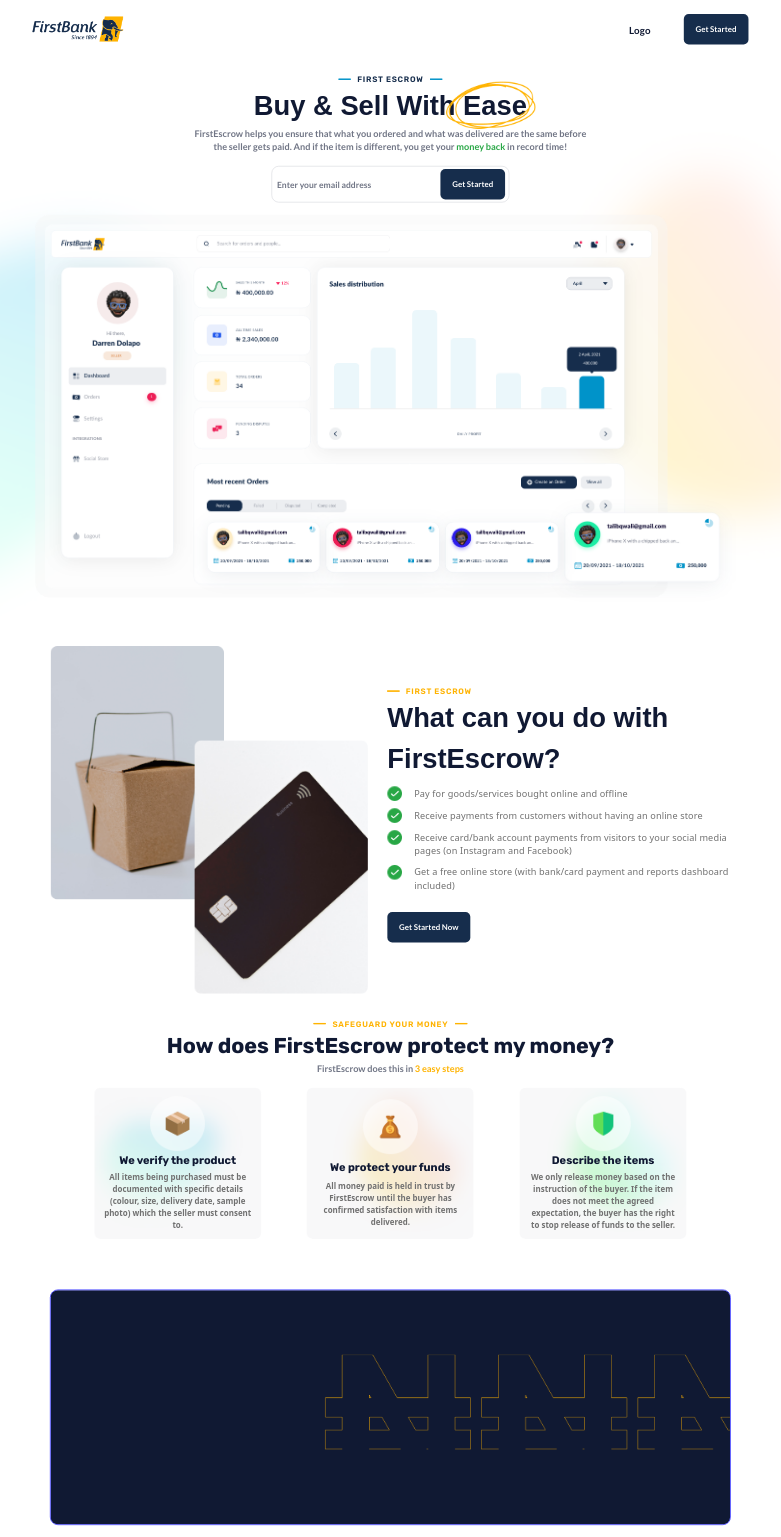
Repository: Pepperest-dev/First_Escrow_Home
Page: index.html
The author's editor kept a copy of each file at every save. The page is drawn from the files as they stood at one save, then again after the next save.
The browser window is 1280 px wide. The pictures show the whole page, at 61% of full size.

Above is the page before, as saved 2021-09-26 15:54:36.

After the next save:
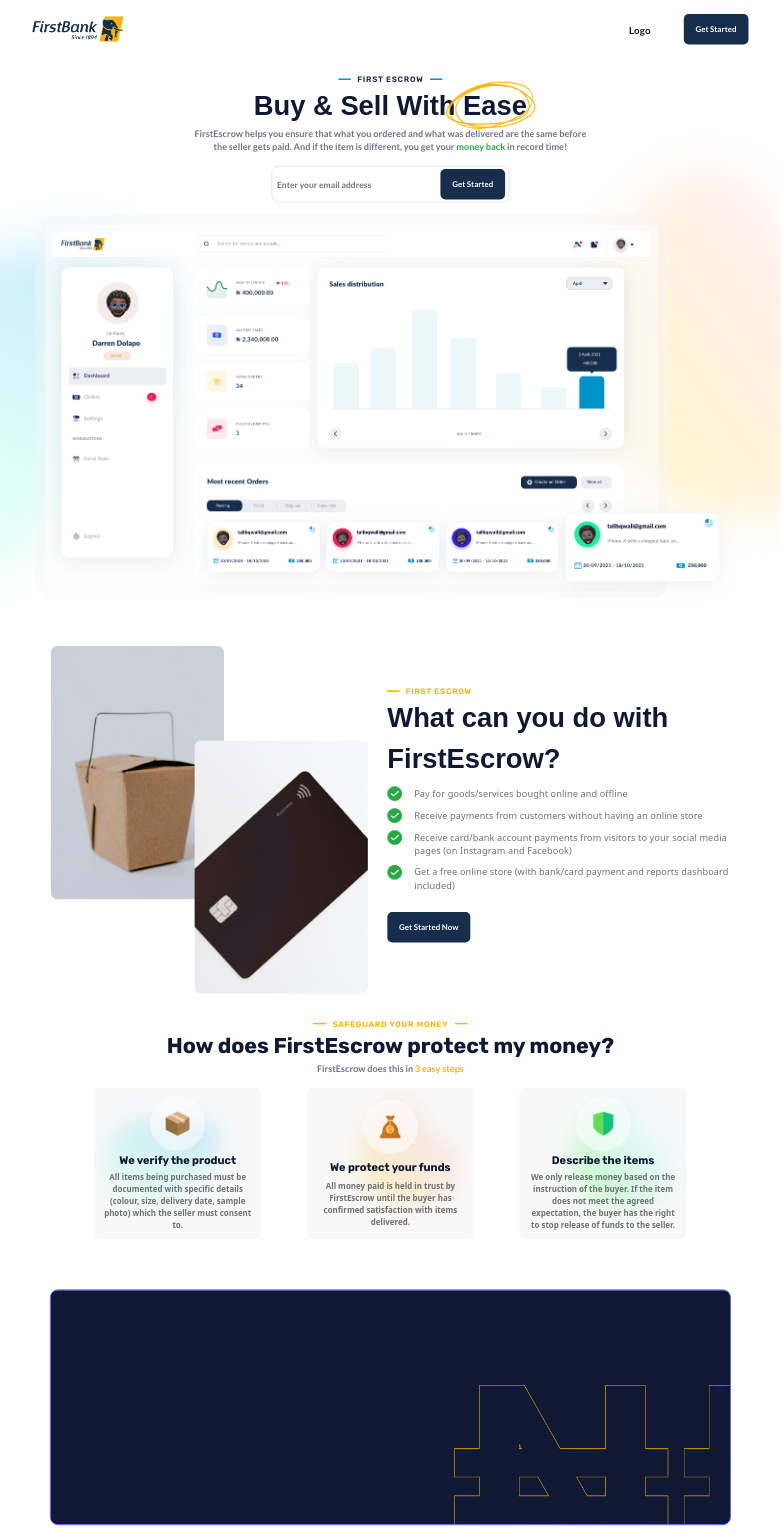
Saved 3 min 53 s later.
--- a/Styles/styles.css
+++ b/Styles/styles.css
@@ -275,5 +275,5 @@
   border-radius: 12px;
   background-image: url(/assets/imgs/NairaOverlayBg.png);
   background-repeat: no-repeat;
-  background-size: contain;
-}
+  background-size: cover;
+}
